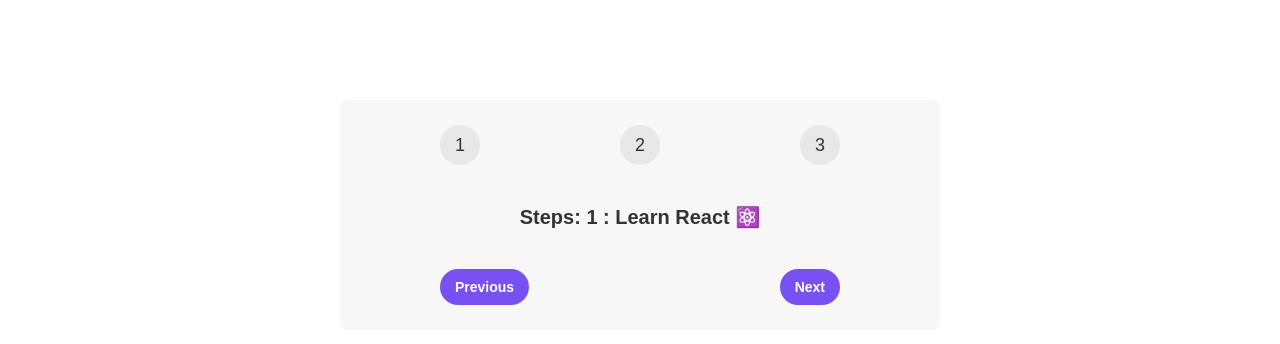
Repository: vgor15/steps
Page: /
These files come from the project's save history. The page is drawn as it stood at one moment and after a run of saves; the edit follows.
The browser window is 1280 px wide. The pictures show the whole page.
The project was rebuilt for these pictures with package versions that can differ from the ones it lists, and the page was loaded fresh each time.

Above is the page before, as saved 2025-03-07 15:04:53.

After the next 2 saves:
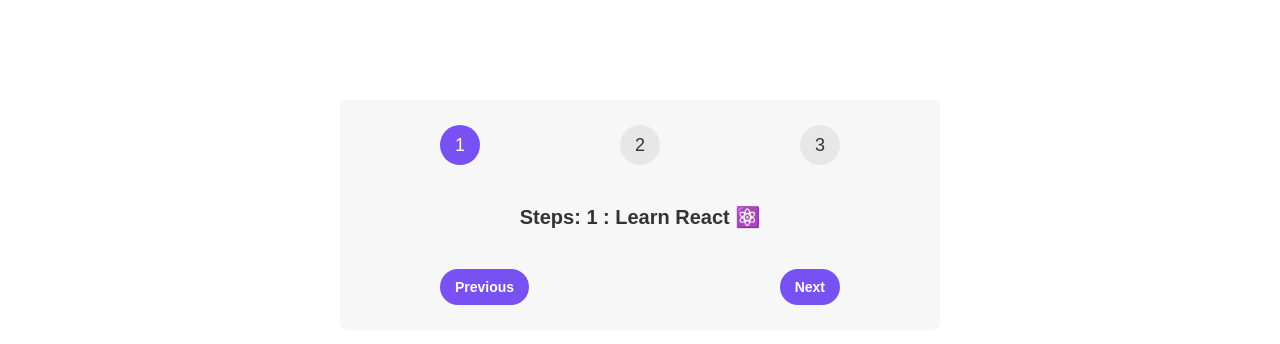
The 2 saves are shown as one change because they came seconds apart.
The last was saved 7 s later.
--- a/src/App.js
+++ b/src/App.js
@@ -10,7 +10,7 @@ function App() {
   return (
     <div className="steps">
       <div className="numbers">
-        <div>1</div>
+        <div className={steps >= 1 ? "active" : ""}>1</div>
         <div>2</div>
         <div>3</div>
       </div>
